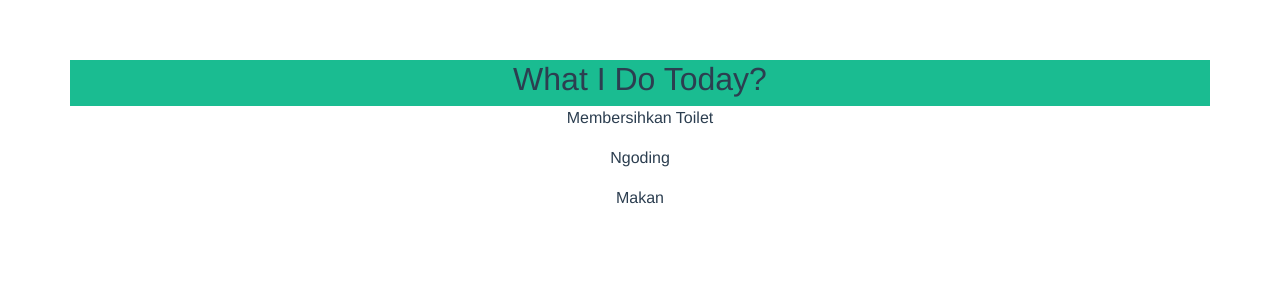
Repository: AdiPrimanto/praxis-academy
Page: / (app in novice/03-05/todolist/)
An editor plug-in stored every save of this project. The page is shown before and after the next save, followed by the edit.
The browser window is 1280 px wide. The pictures show the whole page.
The project was rebuilt for these pictures with package versions that can differ from the ones it lists, and the page was loaded fresh each time.

Above is the page before, as saved 2019-11-29 14:11:03.

### novice/03-05/todolist/src/App.vue
<template>
  <div id="app">
    <div class="container">
      <div class="row header">
        <div class="col-12">
          <h2>What I Do Today? </h2>
        </div>
      </div>
      <div class="row content">
        <div class="col-12">
          <div class="pekerjaan-rumah">
            <div v-for="tugasSaya in tugas" v-bind:key="tugasSaya.id" class="tugas">
              <p>{{tugasSaya.nama}}</p>
            </div>
          </div>
        </div>
      </div>
    </div>


  </div>
</template>

<script>
  import 'bootstrap/dist/css/bootstrap.css'

  export default {
    name: 'app',
    //membuat data json
    //v-for dilakukan jk memiliki array di dalam data:
    data: function () {
      return {
        tugas: [{
            id: 1,
            nama: 'Membersihkan Toilet',
            isDone: false
          },
          {
            id: 2,
            nama: 'Ngoding',
            isDone: false
          },
          {
            id: 3,
            nama: 'Makan',
            isDone: false
          }
        ]
      };
    },
    components: {

    }
  }
</script>

<style>
  #app {
    font-family: 'Avenir', Helvetica, Arial, sans-serif;
    -webkit-font-smoothing: antialiased;
    -moz-osx-font-smoothing: grayscale;
    text-align: center;
    color: #2c3e50;
    margin-top: 60px;
  }
  .header{
    background: #1abc91;
  }
</style>

Loaded but not shown: novice/03-05/todolist/public/index.html (common file); novice/03-05/todolist/src/main.js (common file)

After the next save:
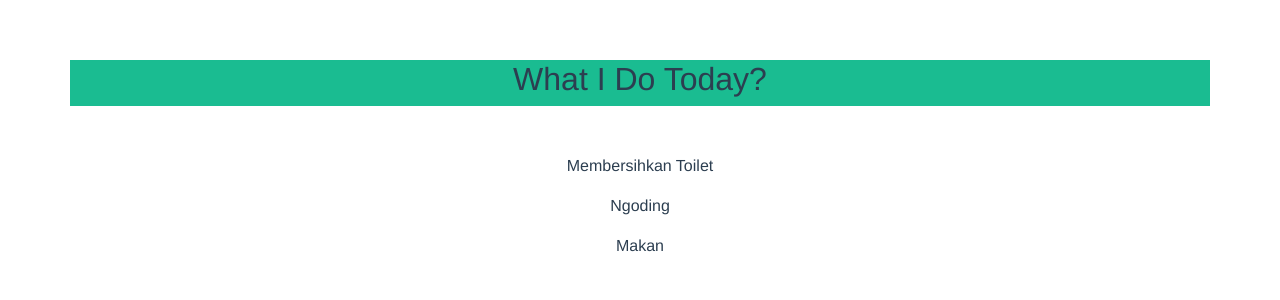
Saved 4 min 23 s later.
--- a/novice/03-05/todolist/src/App.vue
+++ b/novice/03-05/todolist/src/App.vue
@@ -1,7 +1,7 @@
 <template>
   <div id="app">
     <div class="container">
-      <div class="row header">
+      <div class="row header mb-5">
         <div class="col-12">
           <h2>What I Do Today? </h2>
         </div>
